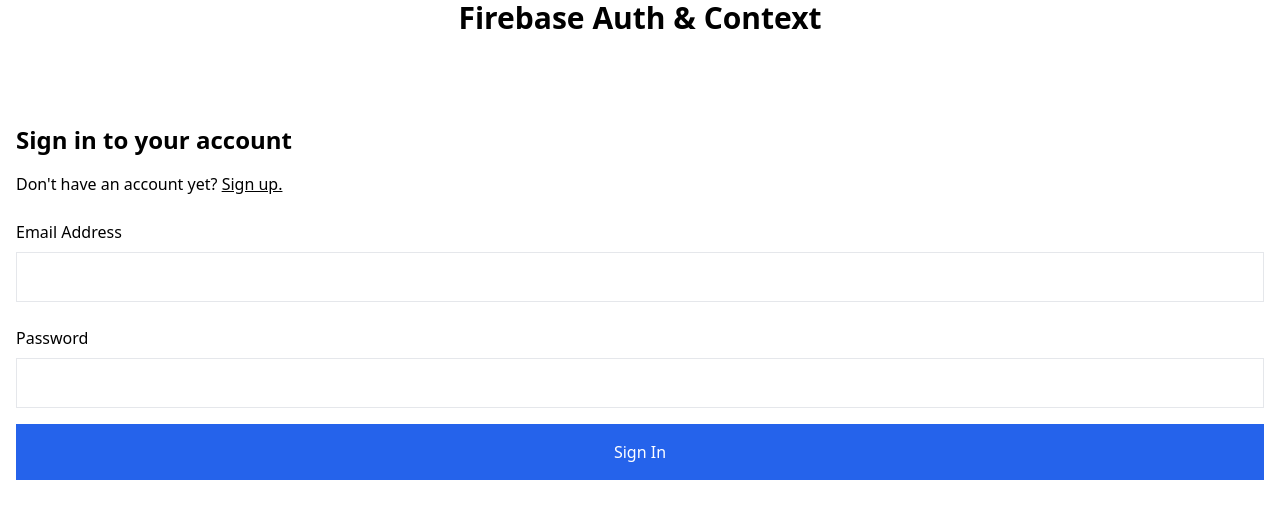
Repository: TakingJester766/Firebase-Auth
Page: /account
The author's editor kept a copy of each file at every save. The page is drawn from the files as they stood at one save, then again after the next save.
The browser window is 1280 px wide. The pictures show the whole page.
The project was rebuilt for these pictures with package versions that can differ from the ones it lists, and the page was loaded fresh each time. Also part of the build but not shown: src/components/Signup.jsx.

Above is the page before, as saved 2023-01-08 08:51:04.

### src/App.js
import React from 'react';
import Signin from './components/Signin';
import Signup from './components/Signup';
import Account from './components/Account';
import { Route, Routes } from 'react-router-dom';
import { AuthContextProvider } from './context/AuthContext';
import ProtectedRoute from './components/ProtectedRoute';

function App() {
  return (
    <div>
      <h1 className="text-center text-3xl font-bold">
        Firebase Auth & Context
      </h1>
      <AuthContextProvider>
        <Routes>
          <Route path='/' element={<Signin />}/>
          <Route path='/signup' element={<Signup />}/>
          <Route path='/account' element={<ProtectedRoute><Account /></ProtectedRoute>}/>
        </Routes>
      </AuthContextProvider>

    </div>
  );
}

export default App;

### src/components/Signin.jsx
import React, { useState } from 'react'
import { Link, useNavigate } from 'react-router-dom';
import {UserAuth } from '../context/AuthContext';

const Signin = () => {

    const [email, setEmail] = useState('');
    const [password, setPassword] = useState('');
    const [error, setError] = useState('');
    const navigate = useNavigate();
    const { signIn } = UserAuth();

    const handleSubmit = async(e) => {
        e.preventDefault();
        setError('');
        try {
            await signIn(email, password);
            navigate('/account')
        } catch(e) {
            setError(e.message);
            console.log(e.message);
        }
    }

    return (
    <div className='wax-w-[700px] mx-auto my-16 p-4'>
        <div>
            <h1 className='text-2xl font-bold py-2'>Sign in to your account</h1>
            <p className='py-2'>Don't have an account yet? <Link to='/signup' className='underline'>Sign up.</Link></p>
        </div>
        <form onSubmit={handleSubmit}>
            <div className='flex flex-col py-2'>
                <label className='py-2 font-medium'>Email Address</label>
                <input onChange={(e) => setEmail(e.target.value)} className='border p-3' type='email'/>
            </div>

            <div className='flex flex-col py-2'>
                <label className='py-2 font-medium'>Password</label>
                <input onChange={(e) => setPassword(e.target.value)} className='border p-3' type='password'/>
            </div>
            <button className='border-blue-500 bg-blue-600 hover:bg-blue-500 w-full p-4 my-2 text-white'>Sign In</button>
        </form>
    </div>
  )
}

export default Signin

### src/components/Account.jsx
import React, { useState } from 'react';
import { useNavigate } from 'react-router-dom';
import { UserAuth } from '../context/AuthContext';
import { db } from '../firebase';
//import { getAuth, updateProfile } from '..firebase/auth';
import { collection, addDoc } from 'firebase/firestore';

const Account = () => {
  const { user, logout } = UserAuth();

  const navigate = useNavigate();

  const handleLogout = async() => {
    try {
      await logout();
      navigate('/');
      console.log('You are logged out.');
    } catch (e) {
      console.log(e.message);
    }
  }

  //const [addr, setAddr] = useState('');

  const usersCollectionRef = collection(db, "addresses");

  /*const addAddr = async() => {
    await addDoc(usersCollectionRef, {address: addr});
  }*/


  return (
    <div className='max-w-[600px] mx-auto my-16 p-4'>
      <h1 className='text-2xl font-bold py-4'>Account</h1>
      <p>User Email: {user && user.email}</p>

      <br/>


      <br />
      <button onClick={handleLogout} className='border-blue-500 bg-blue-600 hover:bg-blue-500 w-150 p-4 my-2 text-white'>Logout</button>
    </div>
  )
}

export default Account

### src/context/AuthContext.js
import { createContext, useContext, useState, useEffect } from 'react';
import {
    createUserWithEmailAndPassword,
    signInWithEmailAndPassword,
    signOut,
    onAuthStateChanged
} from 'firebase/auth';
import { auth } from '../firebase';

const UserContext = createContext();

export const AuthContextProvider = ({ children }) => {

    const [user, setUser] = useState({});

    const createUser = (email, password) => {
        return createUserWithEmailAndPassword(auth, email, password);
    }

    const signIn = (email, password) => {
        return signInWithEmailAndPassword(auth, email, password);
    }

    const logout = () => {
        return signOut(auth);
    }

    useEffect(() => {
        const unsubscribe = onAuthStateChanged(auth, (currentUser) => {
            console.log(currentUser);
            setUser(currentUser);
        })
        return () => {
            unsubscribe();
        }
    }, [])

    return (
        <UserContext.Provider value={{createUser, user, logout, signIn }}>
            {children}
        </UserContext.Provider>
    )
};

export const UserAuth = () => {
    return useContext(UserContext)
}

### src/components/ProtectedRoute.js
import React, { Children } from 'react';
import { Navigate } from 'react-router-dom';
import { UserAuth } from '../context/AuthContext';

const ProtectedRoute = ({children}) => {
    const { user } = UserAuth();
    if (!user) {
        return <Navigate to='/'/>
    }

  return children
}

export default ProtectedRoute

### src/firebase.js
// Import the functions you need from the SDKs you need
import { initializeApp } from "firebase/app";
import { getAuth } from 'firebase/auth';
import { getFirestore } from 'firebase/firestore'
// TODO: Add SDKs for Firebase products that you want to use
// https://firebase.google.com/docs/web/setup#available-libraries

// Your web app's Firebase configuration
const firebaseConfig = {
  apiKey: "AIzaSyDzHbdpa8DreyPjtqc2gpXXh9xk3MaFQQU",
  authDomain: "fir-auth-a9e98.firebaseapp.com",
  projectId: "fir-auth-a9e98",
  storageBucket: "fir-auth-a9e98.appspot.com",
  messagingSenderId: "161057337622",
  appId: "1:161057337622:web:3875ea3c587ad545fb2037"
};

// Initialize Firebase
const app = initializeApp(firebaseConfig);
export const auth = getAuth(app);

export const db = getFirestore(app);

export default app;

Loaded but not shown: public/index.html (common file); src/index.js (common file); src/index.css (common file); tailwind.config.js (common file)

After the next save:
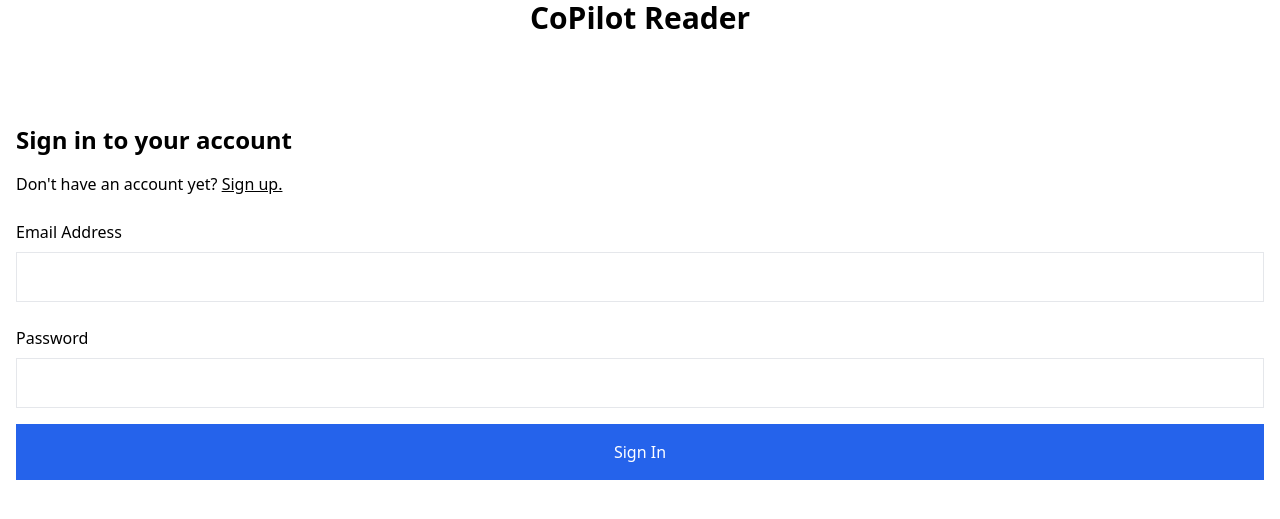
Saved 12 min 31 s later.
--- a/src/App.js
+++ b/src/App.js
@@ -10,7 +10,7 @@
   return (
     <div>
       <h1 className="text-center text-3xl font-bold">
-        Firebase Auth & Context
+        CoPilot Reader
       </h1>
       <AuthContextProvider>
         <Routes>
